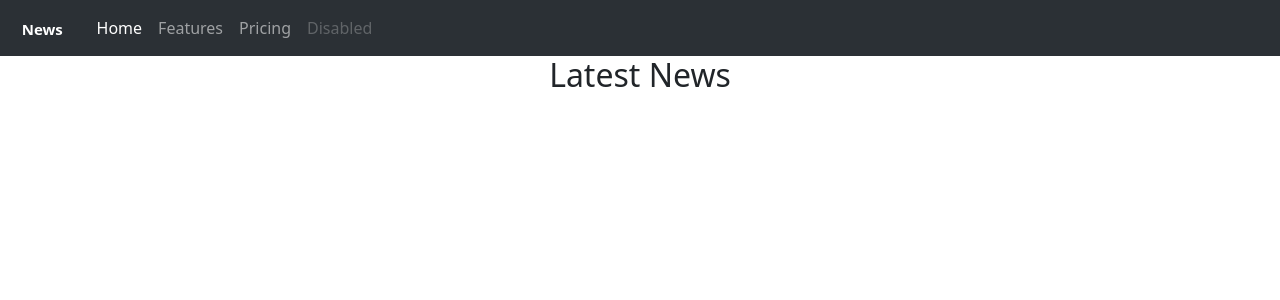
Repository: sshaiv/News_app
Page: /
An editor plug-in stored every save of this project. The page is shown before and after a run of saves, followed by the edit.
The browser window is 1280 px wide. The pictures show the whole page.
The project was rebuilt for these pictures with package versions that can differ from the ones it lists, and the page was loaded fresh each time. Also part of the build but not shown: vite.config.js, src/index.css.

Above is the page before, as saved 2024-07-14 20:08:17.

After the next 2 saves:
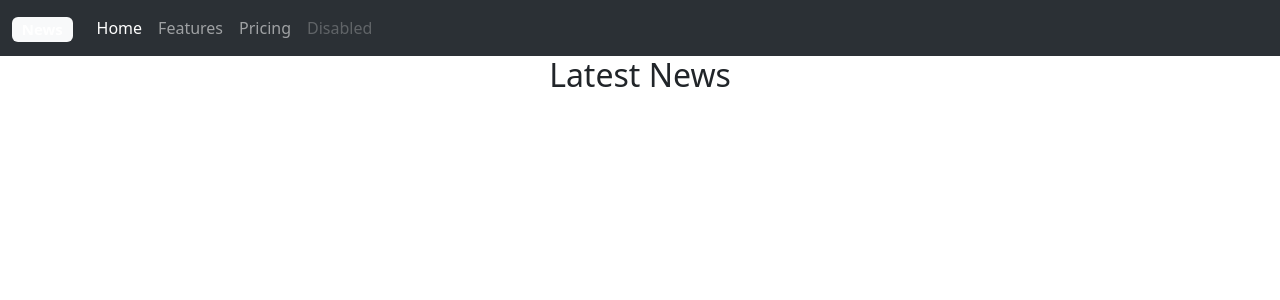
The 2 saves are shown as one change because they came seconds apart.
The last was saved 6 s later.
--- a/src/Components/Navbar.jsx
+++ b/src/Components/Navbar.jsx
@@ -5,7 +5,7 @@ const Navbar = () => {
     <div>
       <nav className="navbar navbar-expand-lg bg-body-tertiary" data-bs-theme="dark">
   <div className="container-fluid">
-    <a className="navbar-brand" href="#"> <span className="badge bg">News</span> </a>
+    <a className="navbar-brand" href="#"> <span className="badge bg-light ">News</span> </a>
     <button className="navbar-toggler" type="button" data-bs-toggle="collapse" data-bs-target="#navbarNav" aria-controls="navbarNav" aria-expanded="false" aria-label="Toggle navigation">
       <span className="navbar-toggler-icon"></span>
     </button>
